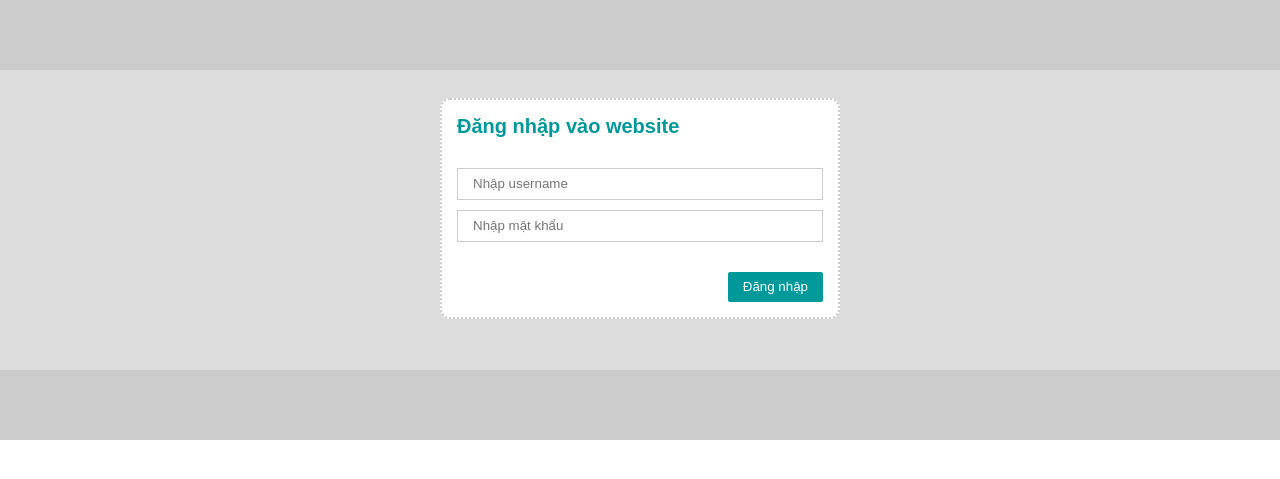
Repository: Helianthusss/Learn-CPP
Page: HTML/test giua ki/dangnhap.html
An editor plug-in stored every save of this project. The page is shown before and after the next save, followed by the edit.
The browser window is 1280 px wide. The pictures show the whole page.

Above is the page before, as saved 2021-12-05 09:53:06.

After the next save:
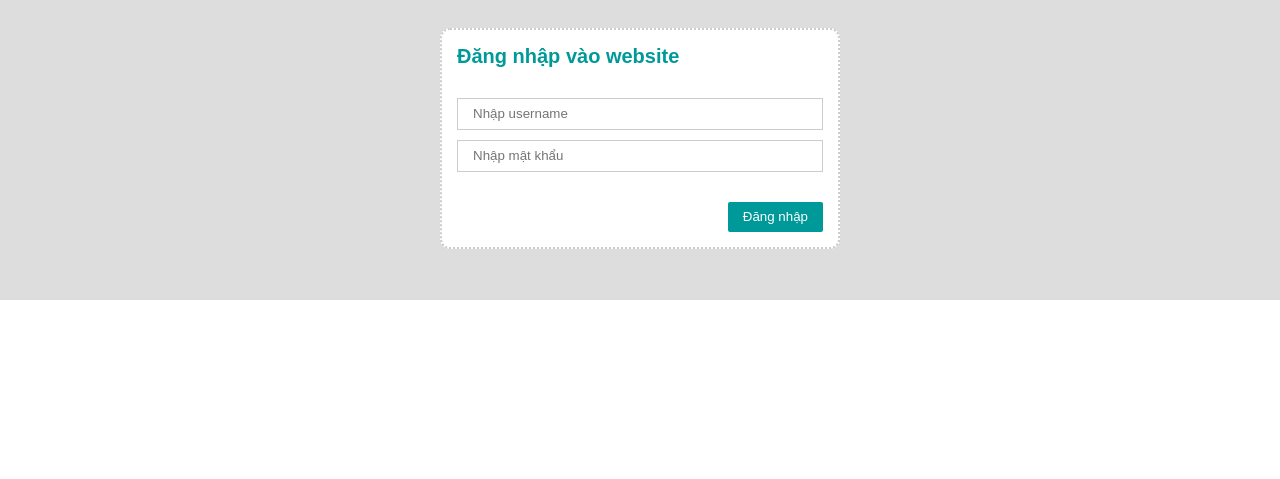
Saved 108 s later.
--- a/HTML/test giua ki/dangnhap.html
+++ b/HTML/test giua ki/dangnhap.html
@@ -7,9 +7,6 @@
     <link rel="stylesheet" href="dangnhap.css" />
   </head>
   <body>
-    <header>
-      <div class="container"></div>
-    </header>
     <main>
       <div class="container">
         <div class="login-form">
@@ -30,8 +27,5 @@
         </div>
       </div>
     </main>
-    <footer>
-      <div class="container"></div>
-    </footer>
   </body>
 </html>
